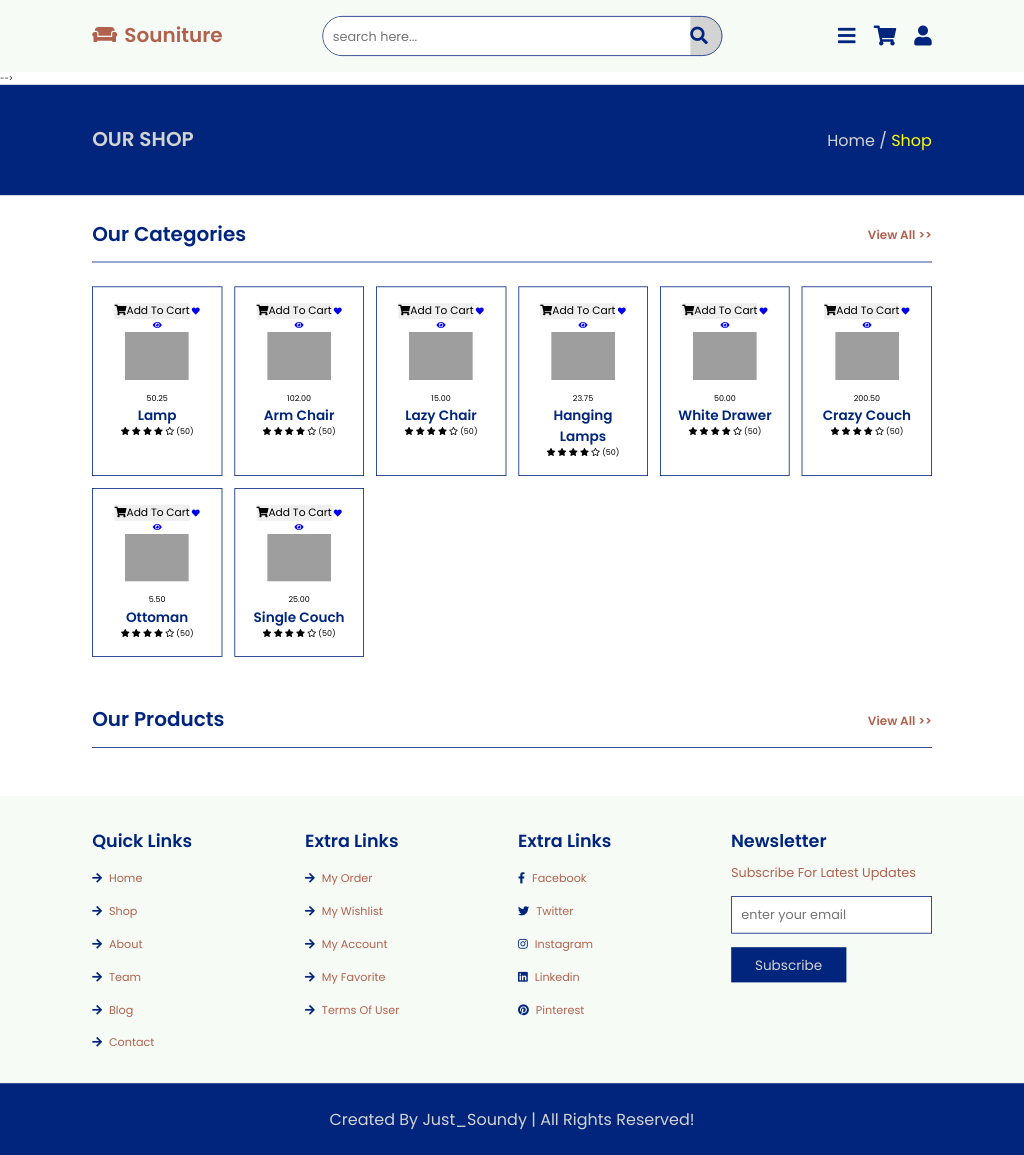
Repository: spencersoundy/furniture-store
Page: shop.html
These files come from the project's save history. The page is drawn as it stood at one moment and after the next save; the edit follows.
The browser window is 1280 px wide. The pictures show the whole page, at 80% of full size.
Pictures or frames that could not be fetched are drawn as grey boxes.

Above is the page before, as saved 2023-05-02 15:24:34.
Console error: TypeError: Cannot read properties of null (reading 'addEventListener')

### shop.html
<!DOCTYPE html>
<html lang="en">
<head>
    <meta charset="UTF-8">
    <meta http-equiv="X-UA-Compatible" content="IE=edge">
    <meta name="viewport" content="width=device-width, initial-scale=1.0">
    <title>shop</title>

    <!-- font awesome cdn link  -->
    <link rel="stylesheet" href="https://cdnjs.cloudflare.com/ajax/libs/font-awesome/5.15.4/css/all.min.css">

    <!-- custom css file link  -->
    <link rel="stylesheet" href="css/style.css">

</head>
<body>

<!-- header section starts  -->

<header class="header">

    <a href="home.html" class="logo"> <i class="fas fa-couch"></i> Souniture </a>

    <form action="" class="search-form">
        <input type="search" placeholder="search here..." id="search-box">
        <label for="search-box" class="fas fa-search"></label>
    </form>

    <div class="icons">
        <div id="menu-btn" class="fas fa-bars"></div>
        <div id="search-btn" class="fas fa-search"></div>
        <div id="cart-btn" class="fas fa-shopping-cart"></div>
        <div id="login-btn" class="fas fa-user"></div>
    </div>

</header>

<!-- header section ends  -->

<!-- closer btn  -->

<div id="closer" class="fas fa-times"></div>

<!-- navbar  -->

<nav class="navbar">
    <a href="home.html">home</a>
    <a href="shop.html">shop</a>
    <a href="about.html">about</a>
    <a href="team.html">team</a>
    <a href="blog.html">blog</a>
    <a href="contact.html">contact</a>
</nav>

<!-- shopping cart  -->

<div class="shopping-cart">

    <div class="box">
        <i class="fas fa-times"></i>
        <img src="image/cart-img-1.jpg" alt="">
        <div class="content">
            <h3>morden furniture</h3>
            <span class="quantity"> 1 </span>
            <span class="multiply"> x </span>
            <span class="price"> $140.00 </span>
        </div>
    </div>

     <div class="box">
        <i class="fas fa-times"></i>
        <img src="image/cart-img-2.jpg" alt="">
        <div class="content">
            <h3>morden furniture</h3>
            <span class="quantity"> 1 </span>
            <span class="multiply"> x </span>
            <span class="price"> $140.00 </span>
        </div>
    </div>

    <div class="box">
        <i class="fas fa-times"></i>
        <img src="image/cart-img-3.jpg" alt="">
        <div class="content">
            <h3>morden furniture</h3>
            <span class="quantity"> 1 </span>
            <span class="multiply"> x </span>
            <span class="price"> $140.00 </span>
        </div>
    </div>

    <div class="box">
        <i class="fas fa-times"></i>
        <img src="image/cart-img-4.jpg" alt="">
        <div class="content">
            <h3>morden furniture</h3>
            <span class="quantity"> 1 </span>
            <span class="multiply"> x </span>
            <span class="price"> $140.00 </span>
        </div>
    </div>

    <h3 class="total"> total : <span>$560.00</span> </h3>

    <a href="#" class="btn">checkout cart</a>

</div> -->

<!-- login form  -->

<div class="login-form">

    <form action="">
        <h3>login form</h3>
        <input type="email" placeholder="enter your email" class="box">
        <input type="password" placeholder="enter your password" class="box">
        <div class="remember">
            <input type="checkbox" name="" id="remember-me">
            <label for="remember-me">remember me</label>
        </div>
        <input type="submit" value="login now" class="btn">
        <p>forget password? <a href="#">click here</a></p>
        <p>don't have an account? <a href="#">create now</a></p>
    </form>

</div>

<section class="heading">
    <h3>our shop</h3>
    <p> <a href="home.html">home</a> / <span>shop</span> </p>
</section>

<section class="category">

    <h1 class="title"> <span>our categories</span> <a href="#">view all >></a> </h1>

    <div class="box-container">

        <a href="#" class="box">
            <img src="image/icon-1.png" alt="">
            <h3>house sofa</h3>
        </a>

        <a href="#" class="box">
            <img src="image/icon-2.png" alt="">
            <h3>working table</h3>
        </a>

        <a href="#" class="box">
            <img src="image/icon-3.png" alt="">
            <h3>corner table</h3>
        </a>

        <a href="#" class="box">
            <img src="image/icon-4.png" alt="">
            <h3>office chair</h3>
        </a>

        <a href="#" class="box">
            <img src="image/icon-5.png" alt="">
            <h3>new wardrobe</h3>
        </a>

    </div>

</section>

<section class="products">

    <h1 class="title"> <span>our products</span> <a href="#">view all >></a> </h1>

    <div class="box-container">

        <!-- <div class="box">
            <div class="icons">
                <a href="#" class="fas fa-shopping-cart"></a>
                <a href="#" class="fas fa-heart"></a>
                <a href="#" class="fas fa-eye"></a>
            </div>
            <div class="image">
                <img src="image/product-1.jpg" alt="">
            </div>
            <div class="content">
                <div class="price">R2380.00</div>
                <h3>modern furniture</h3>
                <div class="stars">
                    <i class="fas fa-star"></i>
                    <i class="fas fa-star"></i>
                    <i class="fas fa-star"></i>
                    <i class="fas fa-star"></i>
                    <i class="far fa-star"></i>
                    <span> (50) </span>
                </div>
            </div>
        </div>

        <div class="box">
            <div class="icons">
                <a href="#" class="fas fa-shopping-cart"></a>
                <a href="#" class="fas fa-heart"></a>
                <a href="#" class="fas fa-eye"></a>
            </div>
            <div class="image">
                <img src="image/product-2.jpg" alt="">
            </div>
            <div class="content">
                <div class="price">R2380.00</div>
                <h3>modern furniture</h3>
                <div class="stars">
                    <i class="fas fa-star"></i>
                    <i class="fas fa-star"></i>
                    <i class="fas fa-star"></i>
                    <i class="fas fa-star"></i>
                    <i class="far fa-star"></i>
                    <span> (50) </span>
                </div>
            </div>
        </div>

        <div class="box">
            <div class="icons">
                <a href="#" class="fas fa-shopping-cart"></a>
                <a href="#" class="fas fa-heart"></a>
                <a href="#" class="fas fa-eye"></a>
            </div>
            <div class="image">
                <img src="image/product-3.jpg" alt="">
            </div>
            <div class="content">
                <div class="price">R2380.00</div>
                <h3>modern furniture</h3>
                <div class="stars">
                    <i class="fas fa-star"></i>
                    <i class="fas fa-star"></i>
                    <i class="fas fa-star"></i>
                    <i class="fas fa-star"></i>
                    <i class="far fa-star"></i>
                    <span> (50) </span>
                </div>
            </div>
        </div>

        <div class="box">
            <div class="icons">
                <a href="#" class="fas fa-shopping-cart"></a>
                <a href="#" class="fas fa-heart"></a>
                <a href="#" class="fas fa-eye"></a>
            </div>
            <div class="image">
                <img src="image/product-4.jpg" alt="">
            </div>
            <div class="content">
                <div class="price">R2380.00</div>
                <h3>modern furniture</h3>
                <div class="stars">
                    <i class="fas fa-star"></i>
                    <i class="fas fa-star"></i>
                    <i class="fas fa-star"></i>
                    <i class="fas fa-star"></i>
                    <i class="far fa-star"></i>
                    <span> (50) </span>
                </div>
            </div>
        </div>

        <div class="box">
            <div class="icons">
                <a href="#" class="fas fa-shopping-cart"></a>
                <a href="#" class="fas fa-heart"></a>
                <a href="#" class="fas fa-eye"></a>
            </div>
            <div class="image">
                <img src="image/product-5.jpg" alt="">
            </div>
            <div class="content">
                <div class="price">R2380.00</div>
                <h3>modern furniture</h3>
                <div class="stars">
                    <i class="fas fa-star"></i>
                    <i class="fas fa-star"></i>
                    <i class="fas fa-star"></i>
                    <i class="fas fa-star"></i>
                    <i class="far fa-star"></i>
                    <span> (50) </span>
                </div>
            </div>
        </div>

        <div class="box">
            <div class="icons">
                <a href="#" class="fas fa-shopping-cart"></a>
                <a href="#" class="fas fa-heart"></a>
                <a href="#" class="fas fa-eye"></a>
            </div>
            <div class="image">
                <img src="image/product-6.jpg" alt="">
            </div>
            <div class="content">
                <div class="price">R2380.00</div>
                <h3>modern furniture</h3>
                <div class="stars">
                    <i class="fas fa-star"></i>
                    <i class="fas fa-star"></i>
                    <i class="fas fa-star"></i>
                    <i class="fas fa-star"></i>
                    <i class="far fa-star"></i>
                    <span> (50) </span>
                </div>
            </div>
        </div>

        <div class="box">
            <div class="icons">
                <a href="#" class="fas fa-shopping-cart"></a>
                <a href="#" class="fas fa-heart"></a>
                <a href="#" class="fas fa-eye"></a>
            </div>
            <div class="image">
                <img src="image/product-7.jpg" alt="">
            </div>
            <div class="content">
                <div class="price">R2380.00</div>
                <h3>modern furniture</h3>
                <div class="stars">
                    <i class="fas fa-star"></i>
                    <i class="fas fa-star"></i>
                    <i class="fas fa-star"></i>
                    <i class="fas fa-star"></i>
                    <i class="far fa-star"></i>
                    <span> (50) </span>
                </div>
            </div>
        </div>

        <div class="box">
            <div class="icons">
                <a href="#" class="fas fa-shopping-cart"></a>
                <a href="#" class="fas fa-heart"></a>
                <a href="#" class="fas fa-eye"></a>
            </div>
            <div class="image">
                <img src="image/product-8.jpg" alt="">
            </div>
            <div class="content">
                <div class="price">R2380.00</div>
                <h3>modern furniture</h3>
                <div class="stars">
                    <i class="fas fa-star"></i>
                    <i class="fas fa-star"></i>
                    <i class="fas fa-star"></i>
                    <i class="fas fa-star"></i>
                    <i class="far fa-star"></i>
                    <span> (50) </span>
                </div>
            </div>
        </div>-->

    </div>

</section>




















<!-- footer section  -->

<section class="footer">

    <div class="box-container">

        <div class="box">
            <h3>quick links</h3>
            <a href="home.html"> <i class="fas fa-arrow-right"></i> home</a>
            <a href="shop.html"> <i class="fas fa-arrow-right"></i> shop</a>
            <a href="about.html"> <i class="fas fa-arrow-right"></i> about</a>
            <a href="team.html"> <i class="fas fa-arrow-right"></i> team</a>
            <a href="blog.html"> <i class="fas fa-arrow-right"></i> blog</a>
            <a href="contact.html"> <i class="fas fa-arrow-right"></i> contact</a>
        </div>

        <div class="box">
            <h3>extra links</h3>
            <a href="#"> <i class="fas fa-arrow-right"></i> my order</a>
            <a href="#"> <i class="fas fa-arrow-right"></i> my wishlist</a>
            <a href="#"> <i class="fas fa-arrow-right"></i> my account</a>
            <a href="#"> <i class="fas fa-arrow-right"></i> my favorite</a>
            <a href="#"> <i class="fas fa-arrow-right"></i> terms of user</a>
        </div>

        <div class="box">
            <h3>extra links</h3>
            <a href="#"> <i class="fab fa-facebook-f"></i> facebook</a>
            <a href="#"> <i class="fab fa-twitter"></i> twitter</a>
            <a href="#"> <i class="fab fa-instagram"></i> instagram</a>
            <a href="#"> <i class="fab fa-linkedin"></i> linkedin</a>
            <a href="#"> <i class="fab fa-pinterest"></i> pinterest</a>
        </div>

        <div class="box">
            <h3>newsletter</h3>
            <p>subscribe for latest updates</p>
            <form action="">
                <input type="email" name="" placeholder="enter your email" id="">
                <input type="submit" value="subscribe" class="btn">
            </form>
        </div>

    </div>

</section>

<section class="credit">
    created by Just_Soundy | all rights reserved!
</section>

<!-- custom js file link  -->
<script src="js/script.js"></script>

</body>
</html>

### js/script.js
let closer = document.querySelector('#closer');

closer.onclick = () =>{
    closer.style.display = 'none';
    navbar.classList.remove('active');
    cart.classList.remove('active');
    loginForm.classList.remove('active');
}

let navbar = document.querySelector('.navbar');

document.querySelector('#menu-btn').onclick = () =>{
    closer.style.display = 'block';
    navbar.classList.toggle('active');
}

let cart = document.querySelector('.shopping-cart');

document.querySelector('#cart-btn').onclick = () =>{
    closer.style.display = 'block';
    cart.classList.toggle('active');
}

let loginForm = document.querySelector('.login-form');

document.querySelector('#login-btn').onclick = () =>{
    closer.style.display = 'block';
    loginForm.classList.toggle('active');
}

let searchForm = document.querySelector('.header .search-form');

document.querySelector('#search-btn').onclick = () =>{
    searchForm.classList.toggle('active');
}

window.onscroll = () =>{
    searchForm.classList.remove('active');
}

let slides = document.querySelectorAll('.home .slides-container .slide');
let index = 0;

function next(){
    slides[index].classList.remove('active');
    index = (index + 1) % slides.length;
    slides[index].classList.add('active');
}

function prev(){
    slides[index].classList.remove('active');
    index = (index - 1 + slides.length) % slides.length;
    slides[index].classList.add('active');
}

// variables and constants
const cartContainer = document.querySelector('.cart-container');
const productList = document.querySelector('.box-container');
const cartList = document.querySelector('.cart-list');
const cartTotalValue = document.getElementById('cart-total-value');
const cartCountInfo = document.getElementById('cart-count-info');
let cartItemID = 1;

eventListeners();

// all event listeners
function eventListeners(){
    window.addEventListener('DOMContentLoaded', () => {
        loadJSON();
        loadCart();
    });
    // toggle navbar when toggle button is clicked
    document.querySelector('.navbar-toggler').addEventListener('click', () => {
        document.querySelector('.navbar-collapse').classList.toggle('show-navbar');
    });

    // show/hide cart container
    document.getElementById('cart-btn').addEventListener('click', () => {
        cartContainer.classList.toggle('show-cart-container');
    });

    // add to cart
    productList.addEventListener('click', purchaseProduct);

    // delete from cart
    cartList.addEventListener('click', deleteProduct);
}

// update cart info
function updateCartInfo(){
    let cartInfo = findCartInfo();
    cartCountInfo.textContent = cartInfo.productCount;
    cartTotalValue.textContent = cartInfo.total;
}

// load product items content form JSON file
function loadJSON(){
    fetch('furniture.json')
    .then(response => response.json())
    .then(data =>{
        let html = '';
        data.forEach(product => {
            html += `
             <div class="box">
                <div class="icons">
                <button type= "button" class = "add-to-cart-btn">
                    <i  class="fas fa-shopping-cart"></i>Add To Cart
                    </button>
                    <a href="#" class="fas fa-heart"></a>
                    <a href="#" class="fas fa-eye"></a>
                </div>
                <div class="image">
                    <img src="${product.Imgsrc}" alt="">
                </div>
                <div class="content">
                    <div class="price">${product.price}</div>
                    <h3>${product.name}</h3>
                    <div class="stars">
                        <i class="fas fa-star"></i>
                        <i class="fas fa-star"></i>
                        <i class="fas fa-star"></i>
                        <i class="fas fa-star"></i>
                        <i class="far fa-star"></i>
                        <span> (50) </span>
                    </div>
                </div>
            </div>
            `;
        });
        productList.innerHTML = html;
    })
    //.catch(error => {
      //  alert(`User live server or local server`);
        //URL scheme must be "http" or "https" for CORS request. You need to be serving your index.html locally or have your site hosted on a live server somewhere for the Fetch API to work properly.
   // })
}


// purchase product
function purchaseProduct(e){
    if(e.target.classList.contains('add-to-cart-btn')){
        let product = e.target.parentElement.parentElement;
        getProductInfo(product);
    }
}

// get product info after add to cart button click
function getProductInfo(product){
    let productInfo = {
        id: cartItemID,
        imgSrc: product.querySelector('.product-img img').src,
        name: product.querySelector('.product-name').textContent,
        category: product.querySelector('.product-category').textContent,
        price: product.querySelector('.product-price').textContent
    }
    cartItemID++;
    addToCartList(productInfo);
    saveProductInStorage(productInfo);
}

// add the selected product to the cart list
function addToCartList(product){
    const cartItem = document.createElement('div');
    cartItem.classList.add('cart-item');
    cartItem.setAttribute('data-id', `${product.id}`);
    cartItem.innerHTML = `
        <img src = "${product.imgSrc}" alt = "product image">
        <div class = "cart-item-info">
            <h3 class = "cart-item-name">${product.name}</h3>
            <span class = "cart-item-category">${product.category}</span>
            <span class = "cart-item-price">${product.price}</span>
        </div>

        <button type = "button" class = "cart-item-del-btn">
            <i class = "fas fa-times"></i>
        </button>
    `;
    cartList.appendChild(cartItem);
}

// save the product in the local storage
function saveProductInStorage(item){
    let products = getProductFromStorage();
    products.push(item);
    localStorage.setItem('products', JSON.stringify(products));
    updateCartInfo();
}

// get all the products info if there is any in the local storage
function getProductFromStorage(){
    return localStorage.getItem('products') ? JSON.parse(localStorage.getItem('products')) : [];
    // returns empty array if there isn't any product info
}

// load carts product
function loadCart(){
    let products = getProductFromStorage();
    if(products.length < 1){
        cartItemID = 1; // if there is no any product in the local storage
    } else {
        cartItemID = products[products.length - 1].id;
        cartItemID++;
        // else get the id of the last product and increase it by 1
    }
    products.forEach(product => addToCartList(product));

    // calculate and update UI of cart info
    updateCartInfo();
}

// calculate total price of the cart and other info
function findCartInfo(){
    let products = getProductFromStorage();
    let total = products.reduce((acc, product) => {
        let price = parseFloat(product.price.substr(1)); // removing dollar sign
        return acc += price;
    }, 0); // adding all the prices

    return{
        total: total.toFixed(2),
        productCount: products.length
    }
}

// delete product from cart list and local storage
function deleteProduct(e){
    let cartItem;
    if(e.target.tagName === "BUTTON"){
        cartItem = e.target.parentElement;
        cartItem.remove(); // this removes from the DOM only
    } else if(e.target.tagName === "I"){
        cartItem = e.target.parentElement.parentElement;
        cartItem.remove(); // this removes from the DOM only
    }

    let products = getProductFromStorage();
    let updatedProducts = products.filter(product => {
        return product.id !== parseInt(cartItem.dataset.id);
    });
    localStorage.setItem('products', JSON.stringify(updatedProducts)); // updating the product list after the deletion
    updateCartInfo();
}

Loaded but not shown: furniture.json (51 lines, source omitted); css/style.css (1189 lines, source omitted)

After the next save:
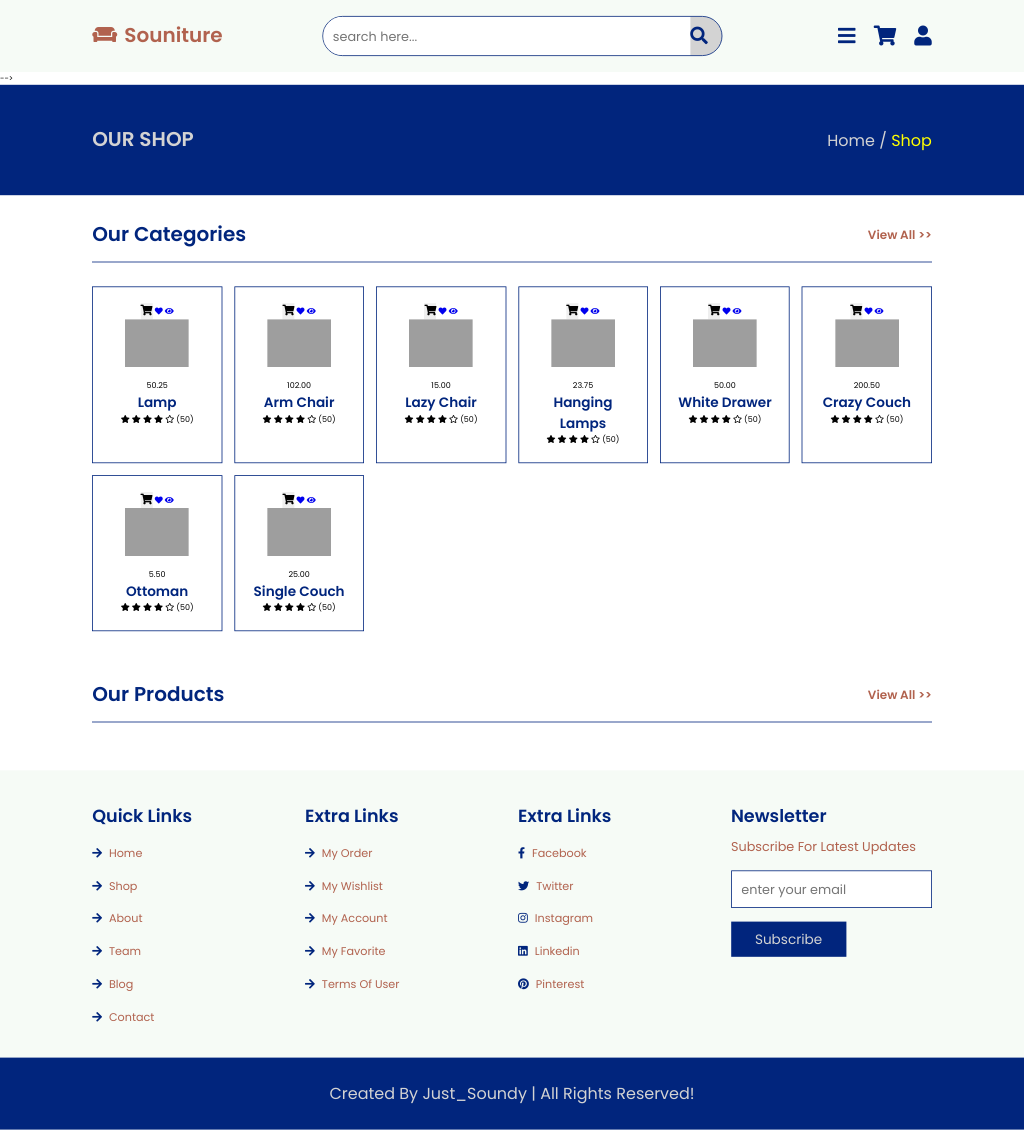
Saved 40 s later.
--- a/js/script.js
+++ b/js/script.js
@@ -104,7 +104,7 @@ function loadJSON(){
              <div class="box">
                 <div class="icons">
                 <button type= "button" class = "add-to-cart-btn">
-                    <i  class="fas fa-shopping-cart"></i>Add To Cart
+                    <i  class="fas fa-shopping-cart"></i>
                     </button>
                     <a href="#" class="fas fa-heart"></a>
                     <a href="#" class="fas fa-eye"></a>
